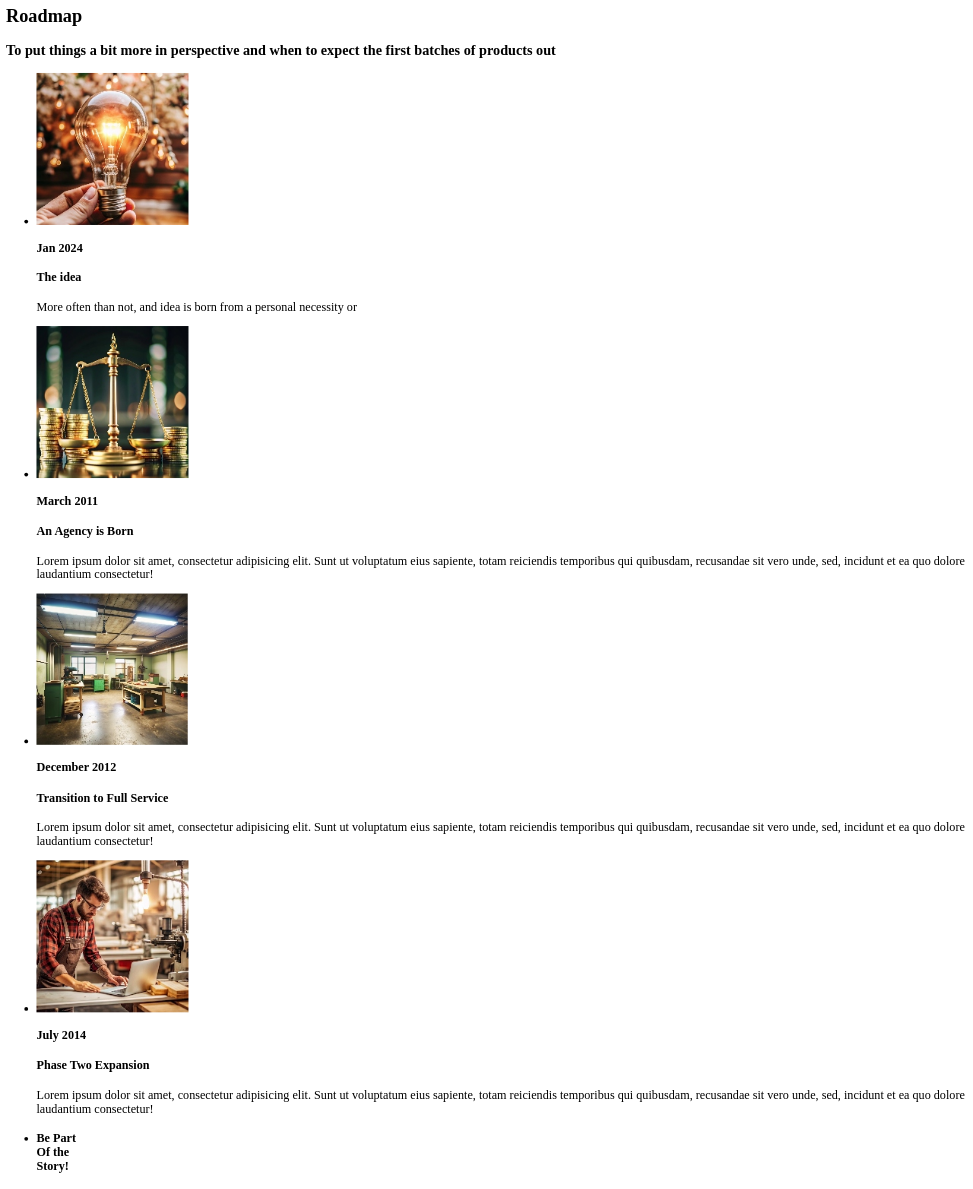
Repository: amazeika/astromakes-landing-page
Page: _includes/roadmap.html
An editor plug-in stored every save of this project. The page is shown before and after the next save, followed by the edit.
The browser window is 1280 px wide. The pictures show the whole page, at 76% of full size.

Above is the page before, as saved 2024-07-20 19:16:26.

After the next save:
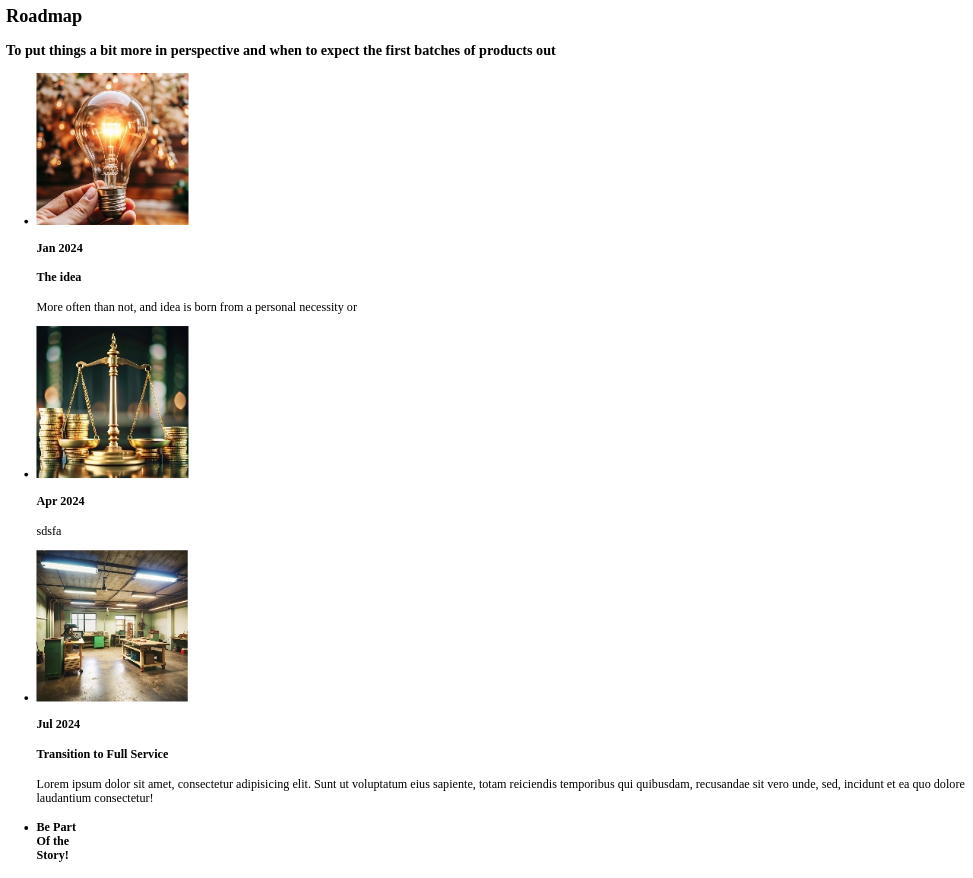
Saved 91 s later.
--- a/_includes/roadmap.html
+++ b/_includes/roadmap.html
@@ -30,11 +30,11 @@
                             </div>
                             <div class="timeline-panel">
                                 <div class="timeline-heading">
-                                    <h4>March 2011</h4>
-                                    <h4 class="subheading">An Agency is Born</h4>
+                                    <h4>Apr 2024</h4>
+                                    <h4 class="subheading"></h4>
                                 </div>
                                 <div class="timeline-body">
-                                    <p class="text-muted">Lorem ipsum dolor sit amet, consectetur adipisicing elit. Sunt ut voluptatum eius sapiente, totam reiciendis temporibus qui quibusdam, recusandae sit vero unde, sed, incidunt et ea quo dolore laudantium consectetur!</p>
+                                    <p class="text-muted"> sdsfa</p>
                                 </div>
                             </div>
                         </li>
@@ -44,22 +44,8 @@
                             </div>
                             <div class="timeline-panel">
                                 <div class="timeline-heading">
-                                    <h4>December 2012</h4>
+                                    <h4>Jul 2024</h4>
                                     <h4 class="subheading">Transition to Full Service</h4>
-                                </div>
-                                <div class="timeline-body">
-                                    <p class="text-muted">Lorem ipsum dolor sit amet, consectetur adipisicing elit. Sunt ut voluptatum eius sapiente, totam reiciendis temporibus qui quibusdam, recusandae sit vero unde, sed, incidunt et ea quo dolore laudantium consectetur!</p>
-                                </div>
-                            </div>
-                        </li>
-                        <li class="timeline-inverted">
-                            <div class="timeline-image">
-                                <img class="img-circle img-responsive" src="img/about/4.jpg" alt="">
-                            </div>
-                            <div class="timeline-panel">
-                                <div class="timeline-heading">
-                                    <h4>July 2014</h4>
-                                    <h4 class="subheading">Phase Two Expansion</h4>
                                 </div>
                                 <div class="timeline-body">
                                     <p class="text-muted">Lorem ipsum dolor sit amet, consectetur adipisicing elit. Sunt ut voluptatum eius sapiente, totam reiciendis temporibus qui quibusdam, recusandae sit vero unde, sed, incidunt et ea quo dolore laudantium consectetur!</p>
